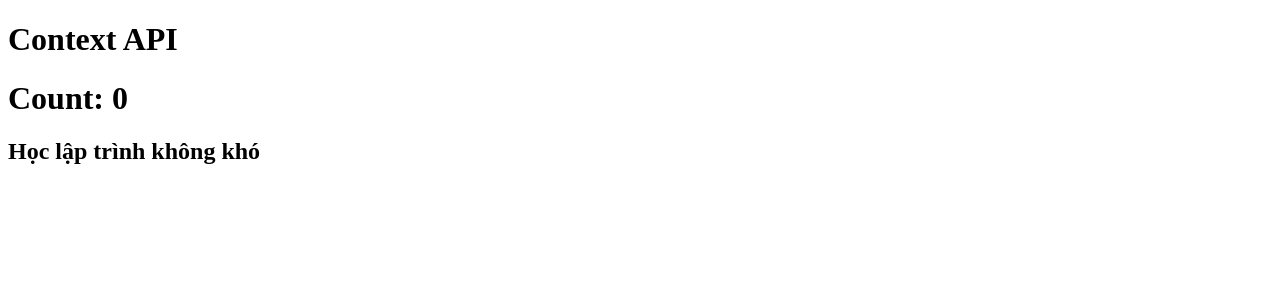
Repository: hungtuan/reactjs-k4-fullstack
Page: / (app in react-03/)
These files come from the project's save history. The page is drawn as it stood at one moment and after the next save; the edit follows.
The browser window is 1280 px wide. The pictures show the whole page.
The project was rebuilt for these pictures with package versions that can differ from the ones it lists, and the page was loaded fresh each time. Also part of the build but not shown: react-03/vite.config.js.

Above is the page before, as saved 2023-11-15 14:33:51.

### react-03/src/App.jsx
// import Todo from "./components/Todo";
import { createContext } from "react";
import Count from "./components/Count";
export const AppContext = createContext();

function App() {
  const count = 0;
  const message = "Học lập trình không khó";
  return (
    <AppContext.Provider
      value={{
        data: {
          count,
          message,
        },
      }}
    >
      <div>
        <h1>Context API</h1>
        <Count />
      </div>
    </AppContext.Provider>
  );
}

export default App;

### react-03/src/components/Count.jsx
import React, { useContext } from "react";
import { AppContext } from "../App";
const Count = () => {
  const { data } = useContext(AppContext);
  console.log(data);
  return (
    <div>
      <h1>Count: {data.count}</h1>
      <h2>{data.message}</h2>
    </div>
  );
};

export default Count;

Loaded but not shown: react-03/index.html (common file); react-03/src/main.jsx (common file)

After the next save:
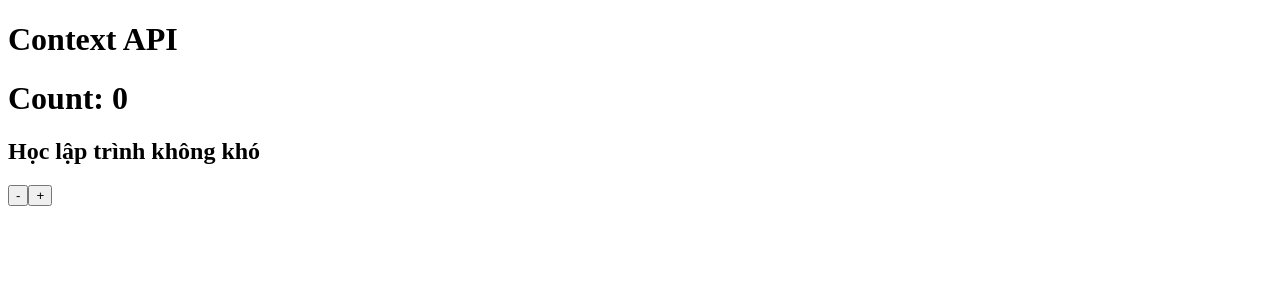
Saved 18 s later.
--- a/react-03/src/components/Count.jsx
+++ b/react-03/src/components/Count.jsx
@@ -7,6 +7,8 @@
     <div>
       <h1>Count: {data.count}</h1>
       <h2>{data.message}</h2>
+      <button>-</button>
+      <button>+</button>
     </div>
   );
 };
